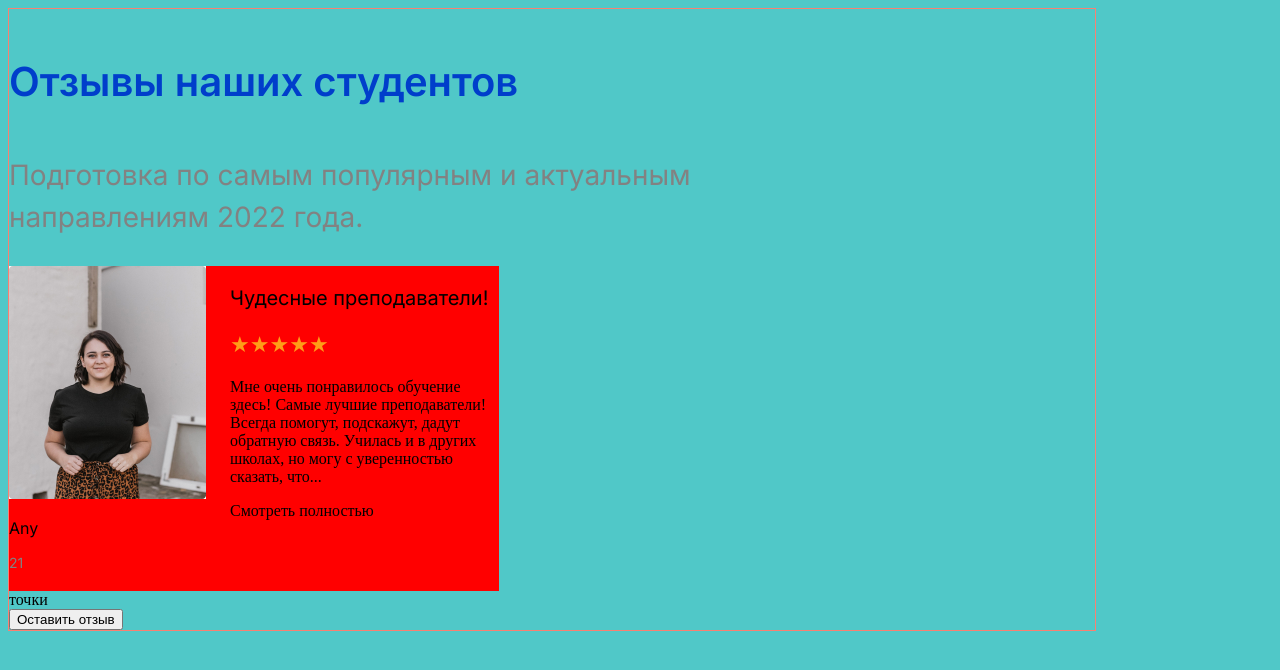
Repository: Malvuna/Studi
Page: index.html
These files come from the project's save history. The page is drawn as it stood at one moment and after the next save; the edit follows.
The browser window is 1280 px wide. The pictures show the whole page.

Above is the page before, as saved 2022-07-11 17:24:03.

### index.html

<!DOCTYPE html>
<html lang="en">
  <head>
    <meta charset="UTF-8" />
    <meta http-equiv="X-UA-Compatible" content="IE=edge" />
    <meta name="viewport" content="width=device-width, initial-scale=1.0" />
    <link rel="stylesheet" href="./css/style.css" />
    <link rel="preconnect" href="https://fonts.googleapis.com">
    <link rel="preconnect" href="https://fonts.gstatic.com" crossorigin>
    <link href="https://fonts.googleapis.com/css2?family=Caveat:wght@400;600;700&family=Inter:wght@400;600;700&display=swap" rel="stylesheet">
  <body>
    <header>
    </header>

    <main>
      <div id="container" class="container">

      <p class="h1">Отзывы наших студентов</p>
      <p class="head">Подготовка по самым популярным и актуальным </br> направлениям 2022 года.</p>
      <div id="divAllCard"> </div>
      <div>точки</div>
      <button>Оставить отзыв</button>

    </div>
    </main>


    <footer>

    </footer>

  </body>
  <script type="module" src="./javascript/javascript.js"></script>
</html>

### css/style.css
body {
  background-color: rgb(80, 200, 200);
}

.container {
  width: 1086px;
  border: 1px salmon solid;
  text-align: left;
}

.h1 {
  font-family: "Inter";
  font-style: normal;
  font-weight: 600;
  font-size: 40px;
  line-height: 65px;
  color: #003ecb;
}

.head {
  font-family: "Inter";
  font-style: normal;
  font-weight: 400;
  font-size: 28px;
  line-height: 42px;
  color: #828282;
}

.divOneCard {
  width: 490px;
  height: 325px;
  background-color: red;
  display: flex;
}

.textName {
  font-family: "Inter";
  font-style: normal;
  font-weight: 400;
  font-size: 16px;
  line-height: 19px;
  color: #000000;
}

.textAge {
  font-family: "Inter";
  font-style: normal;
  font-weight: 400;
  font-size: 14px;
  line-height: 17px;
  color: #828282;
}

.cardRight {
  padding-left: 24px;
}

.textHead {
  font-family: "Inter";
  font-style: normal;
  font-weight: 500;
  font-size: 20px;
  line-height: 24px;
  color: #000000;
}

.textStar{
    font-family: "Inter";
    font-style: normal;
    font-weight: 500;
    font-size: 22px;
    line-height: 24px;
    color: #FE9D17;
}

.textText{

}

### javascript/javascript.js
//Общий контейнер
let container = document.querySelector("#container");

//див с карточками
let divAllCard = document.querySelector("#divAllCard");

//див одной карточки
let divOneCard = document.createElement("div");
divOneCard.className = "divOneCard";
divAllCard.append(divOneCard);



//карточка левый блок
let cardLeft = document.createElement("div");
divOneCard.append(cardLeft);

let cardImg = document.createElement("img");
cardImg.src = "/img/Photo.jpg"
cardLeft.append(cardImg);

let textName = document.createElement("p");
textName.innerHTML = "Any";
textName.className = "textName";
cardLeft.append(textName);

let textAge = document.createElement("p");
textAge.innerHTML = "21";
textAge.className = "textAge";
cardLeft.append(textAge);

//карточка парвый блок
let cardRight = document.createElement("div");
cardRight.className = "cardRight";
divOneCard.append(cardRight);

let textHead = document.createElement("p");
textHead.innerHTML = "Чудесные преподаватели!";
textHead.className = "textHead";
cardRight.append(textHead);

let textStar = document.createElement("p");
textStar.innerHTML = "★★★★★";
textStar.className = "textStar";
cardRight.append(textStar);

let textText = document.createElement("p");
textText.innerHTML = "Мне очень понравилось  обучение здесь! Самые лучшие преподаватели! Всегда помогут, подскажут, дадут обратную связь. Училась и в других школах, но могу с уверенностью сказать, что...";
textText.className = "textText";
cardRight.append(textText);

let textAll = document.createElement("p");
textAll.innerHTML = "Смотреть полностью";
cardRight.append(textAll);

After the next save:
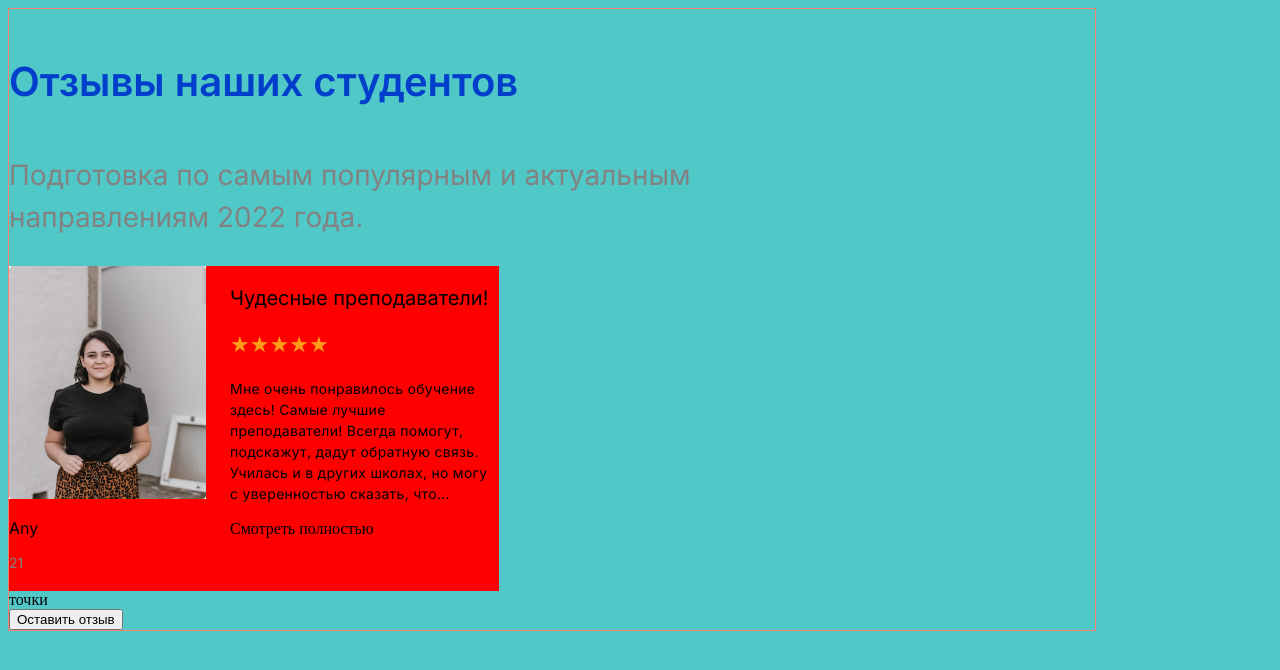
Saved 11 s later.
--- a/css/style.css
+++ b/css/style.css
@@ -74,5 +74,14 @@ body {
 }
 
 .textText{
+    font-family: 'Inter';
+font-style: normal;
+font-weight: 400;
+font-size: 14px;
+line-height: 21px;
+/* or 150% */
 
+letter-spacing: 0.02em;
+
+color: #000000;
 }
